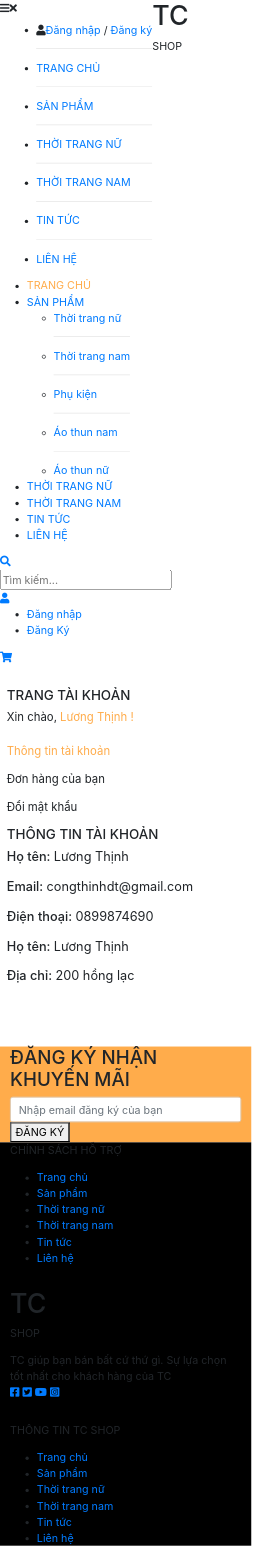
Repository: congthinh1701/TCshop
Page: ThongTinTaiKhoan.html
These files come from the project's save history. The page is drawn as it stood at one moment and after the next save; the edit follows.
The browser window is 375 px wide. The page is 385 px wide, so the pictures cover 385 px, including what lies to the right of the window. The pictures show the whole page, at 67% of full size.
The style sheet was rebuilt from its Sass, Less or Tailwind sources for each picture, by a compiler version that may differ from the author's.

Above is the page before, as saved 2021-09-08 17:30:20.

After the next save:
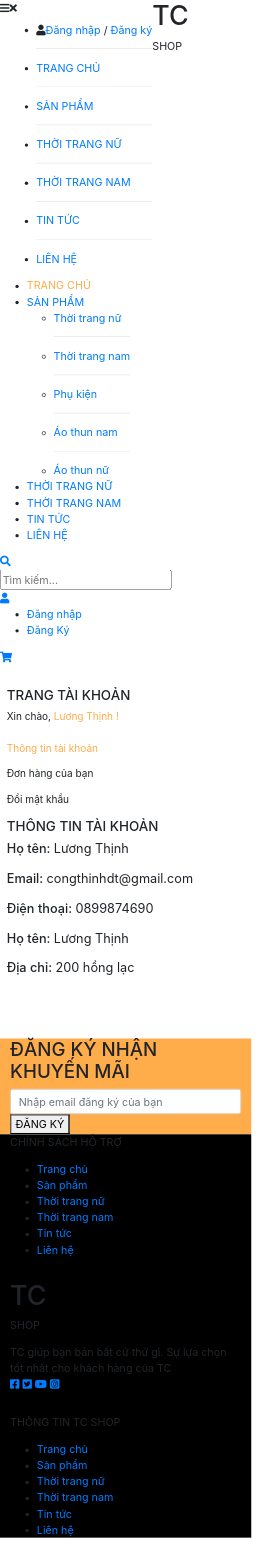
Saved 45 s later.
--- a/sass/style.scss
+++ b/sass/style.scss
@@ -23,6 +23,9 @@ $fontWeight:500;
         .trang-tai-khoan{
             width: calc(100% / var(--columns));
             margin: 10px;
+            p{
+                font-size: calc($text-fontSize - 2px);
+            }
         }
         .thong-tin-tai-khoan{
             width: calc(100% / var(--columns));
